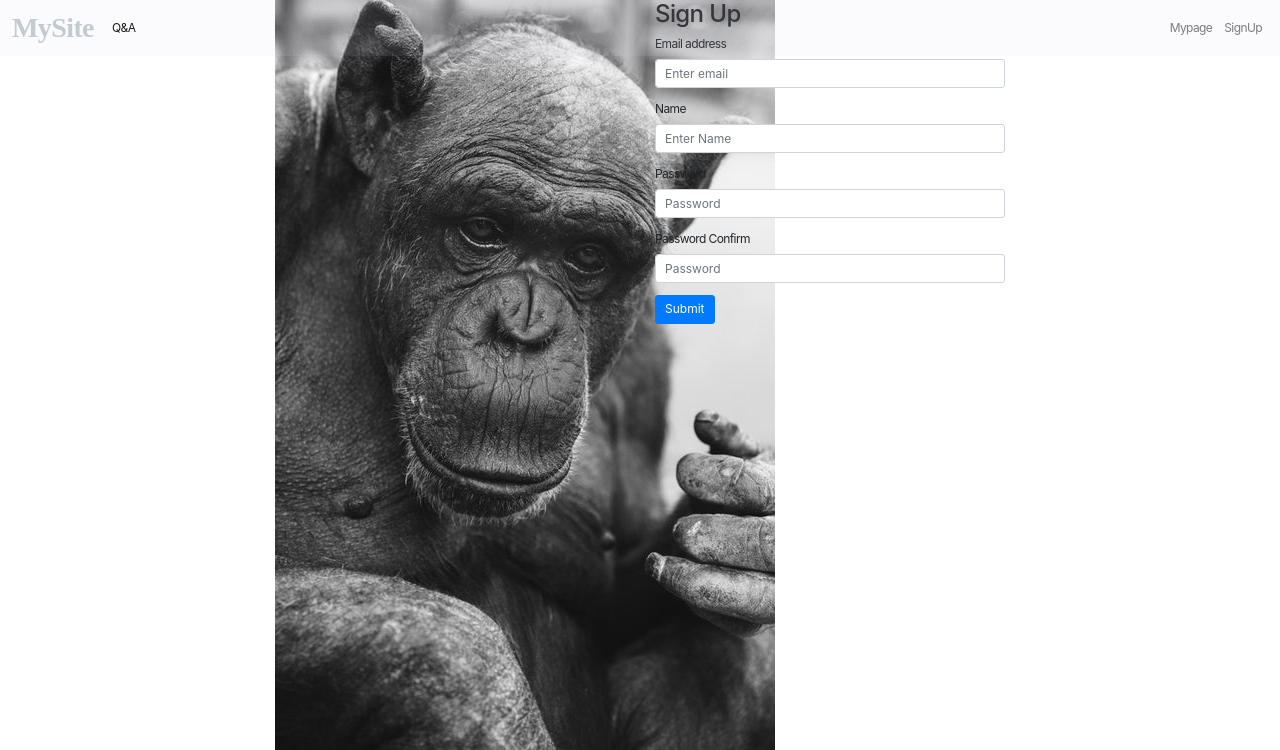
Repository: JungSWon/Project
Page: http://localhost/signup
The author's editor kept a record of every edit. The page is drawn from the files as they stood at one moment, then again after the next edit.
The browser window is 1280 px wide. The pictures show the whole page.
Some web fonts or font styles are not loaded; a fallback is used. The page is served by the project's application, run on Django 2.2 (pj05/manage.py).

Above is the page before.

After the next edit:
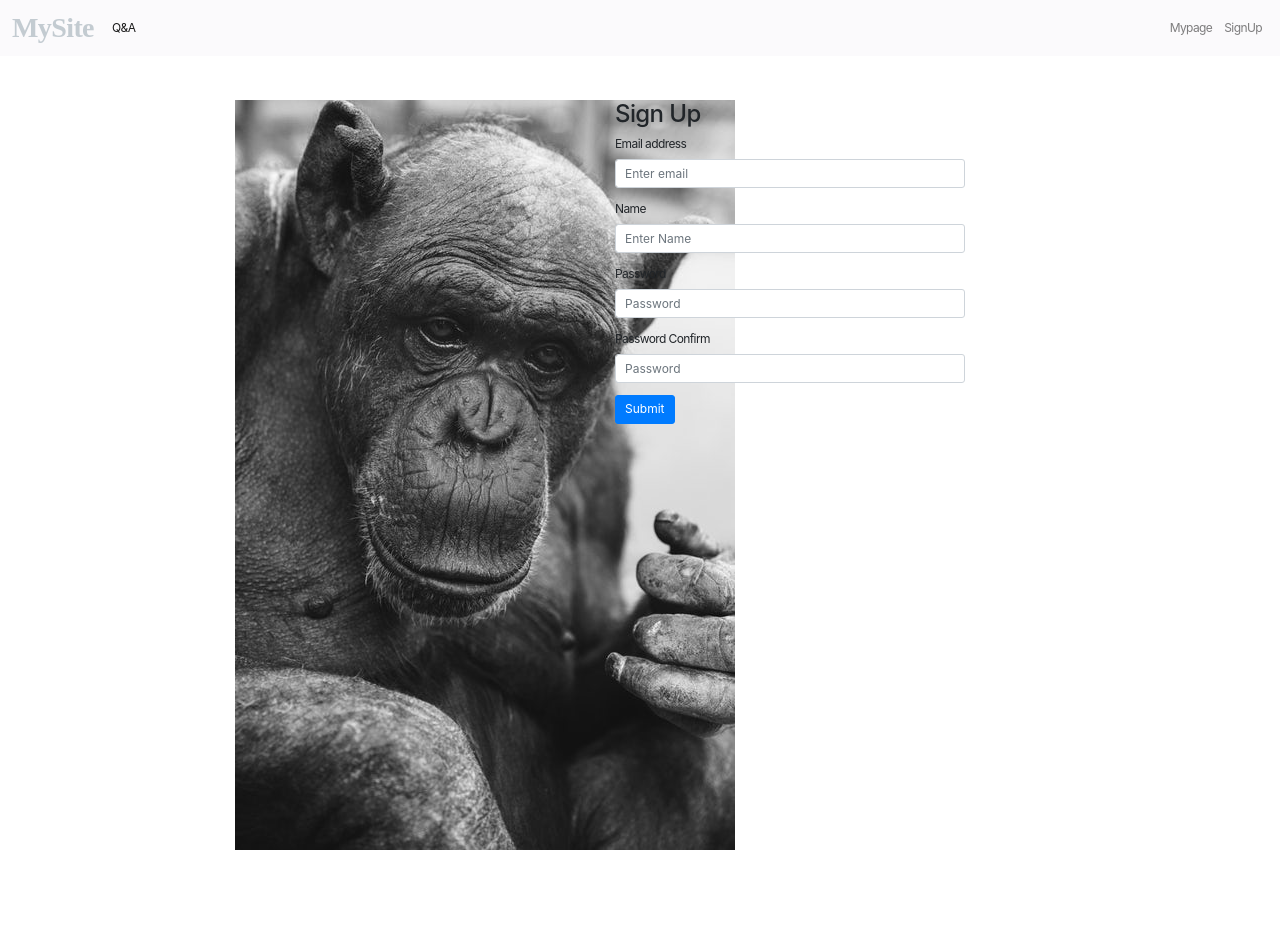
The edit:
--- a/05_detail/pj05/detail/templates/signup.html
+++ b/05_detail/pj05/detail/templates/signup.html
@@ -6,7 +6,8 @@
 
 
 {% block body %}
-<div class="signup container">
+<div class="page-body container">
+    <!-- style='margin-top: 100px;'-->
     <div class="row">
         <div class="col-2">
         </div>
